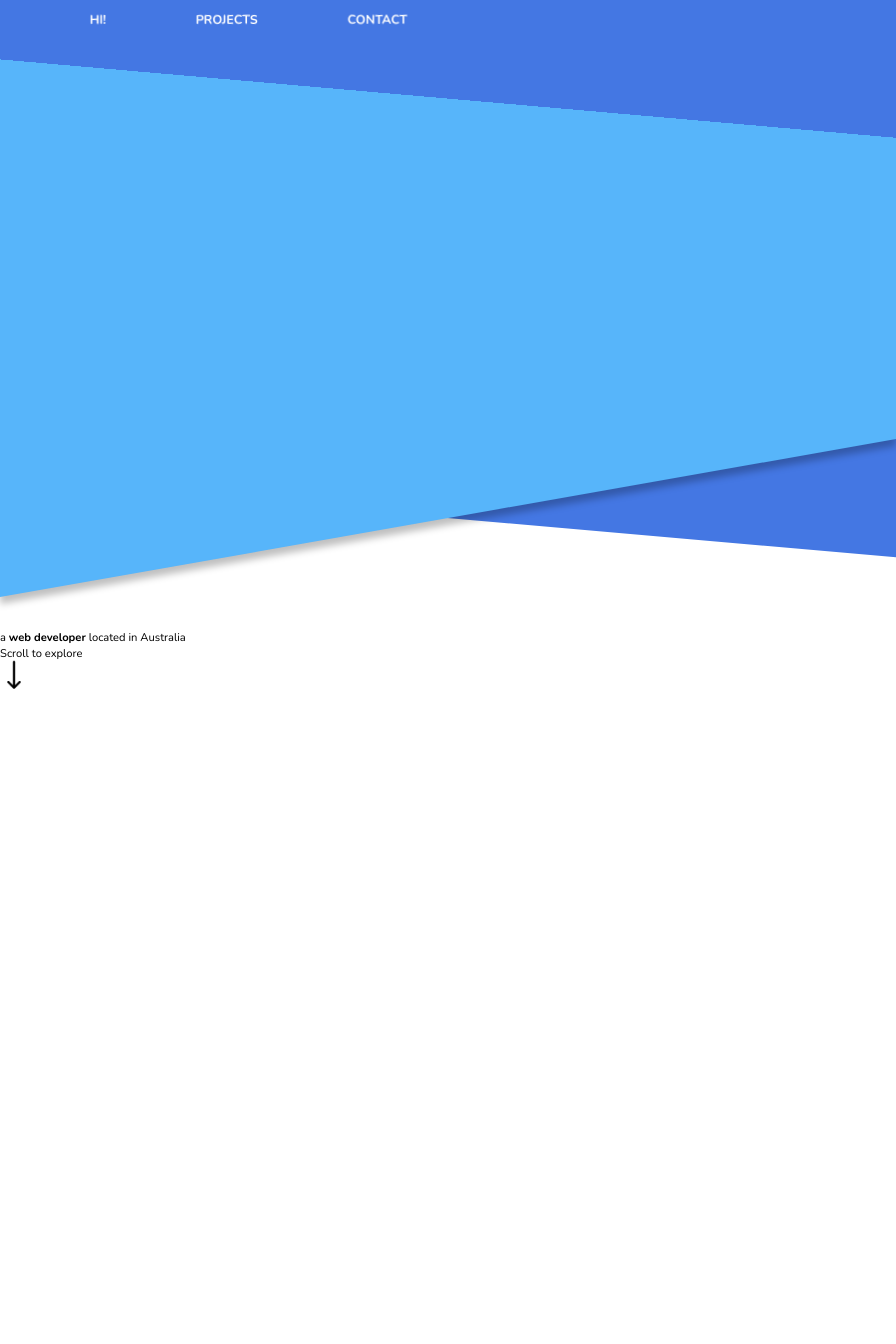
Repository: Colo-Codes/freecodecamp-05-Personal-Portfolio-Webpage
Page: index.html
These files come from the project's save history. The page is drawn as it stood at one moment and after the next save; the edit follows.
The browser window is 1280 px wide. The pictures show the part of the page from y = 0 to 1920 px (the page is 3026 px tall), at 70% of full size.

Above is the page before, as saved 2021-06-03 13:42:52.

After the next save:
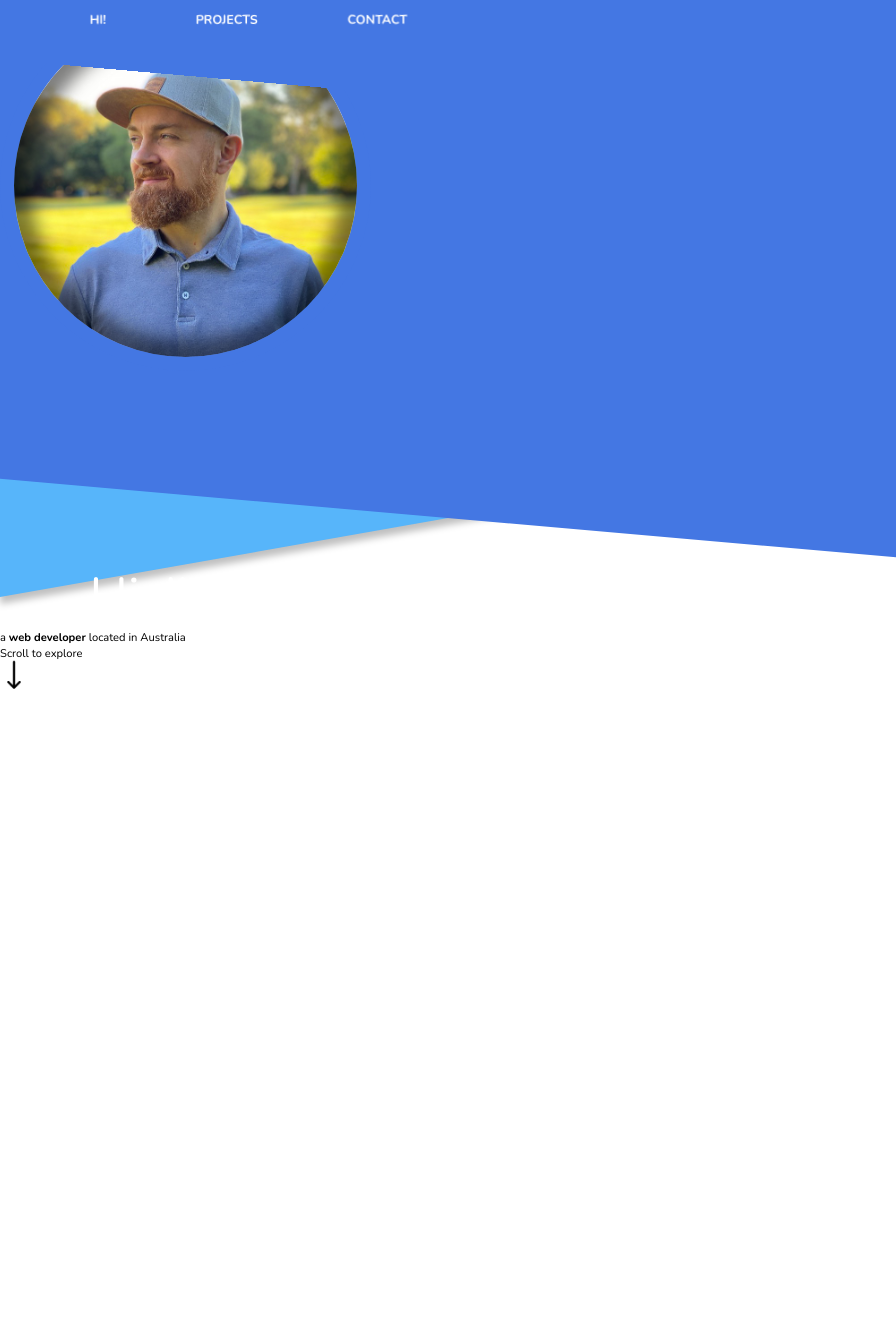
Saved 9 s later.
--- a/css/index.css
+++ b/css/index.css
@@ -109,8 +109,8 @@
     width: 100%;
     transform: skewY(-10deg) translateY( -54.06rem );
     box-shadow: 0px 10px 10px rgba(0, 0, 0, 0.25);
-    position: relative;
-    z-index: 2;
+    /* position: relative;
+    z-index: 2; */
 }
 
 #bottom-layer {

After the save that followed:
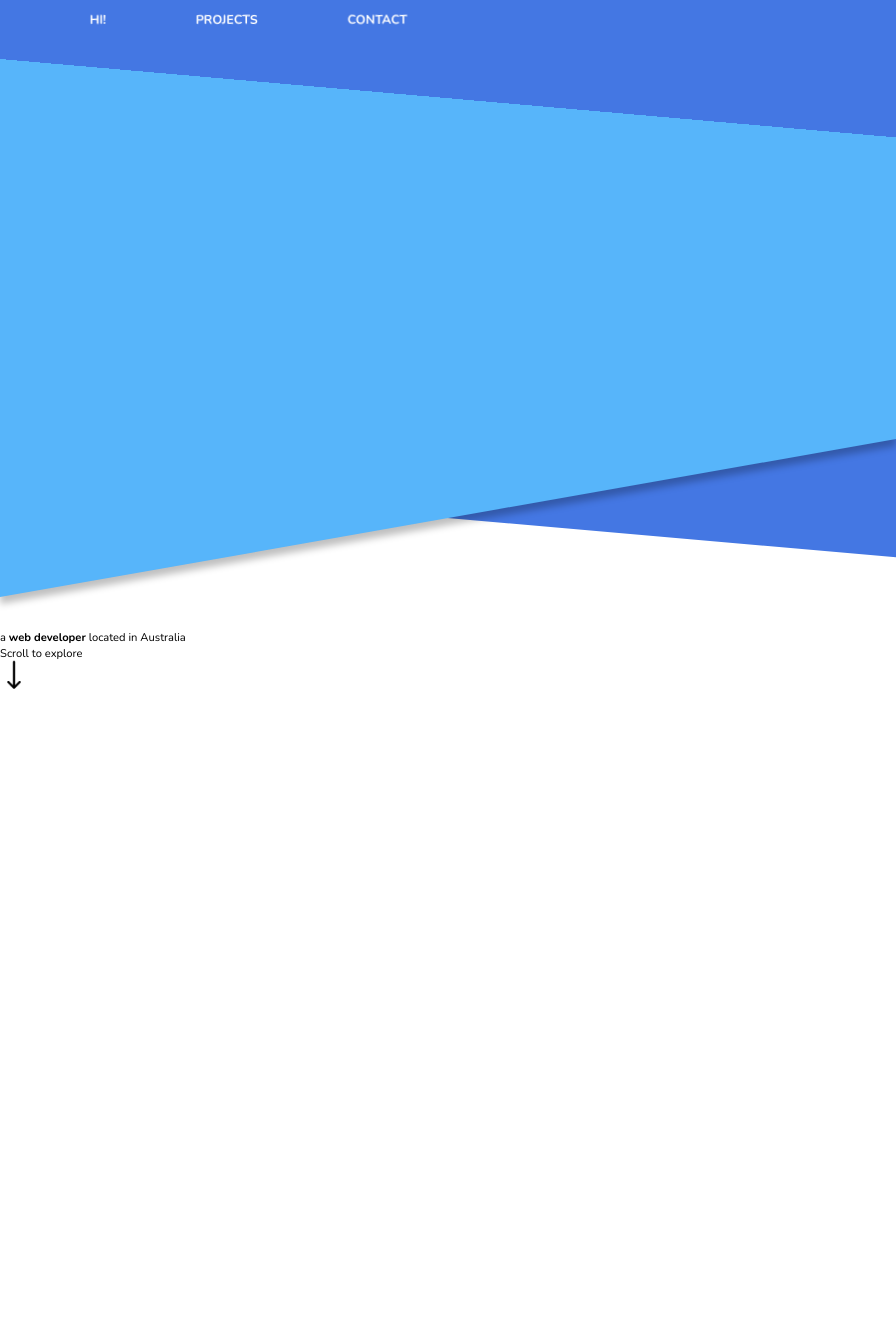
Saved 18 s later.
--- a/css/index.css
+++ b/css/index.css
@@ -109,8 +109,8 @@
     width: 100%;
     transform: skewY(-10deg) translateY( -54.06rem );
     box-shadow: 0px 10px 10px rgba(0, 0, 0, 0.25);
-    /* position: relative;
-    z-index: 2; */
+    position: relative;
+    z-index: 2;
 }
 
 #bottom-layer {
